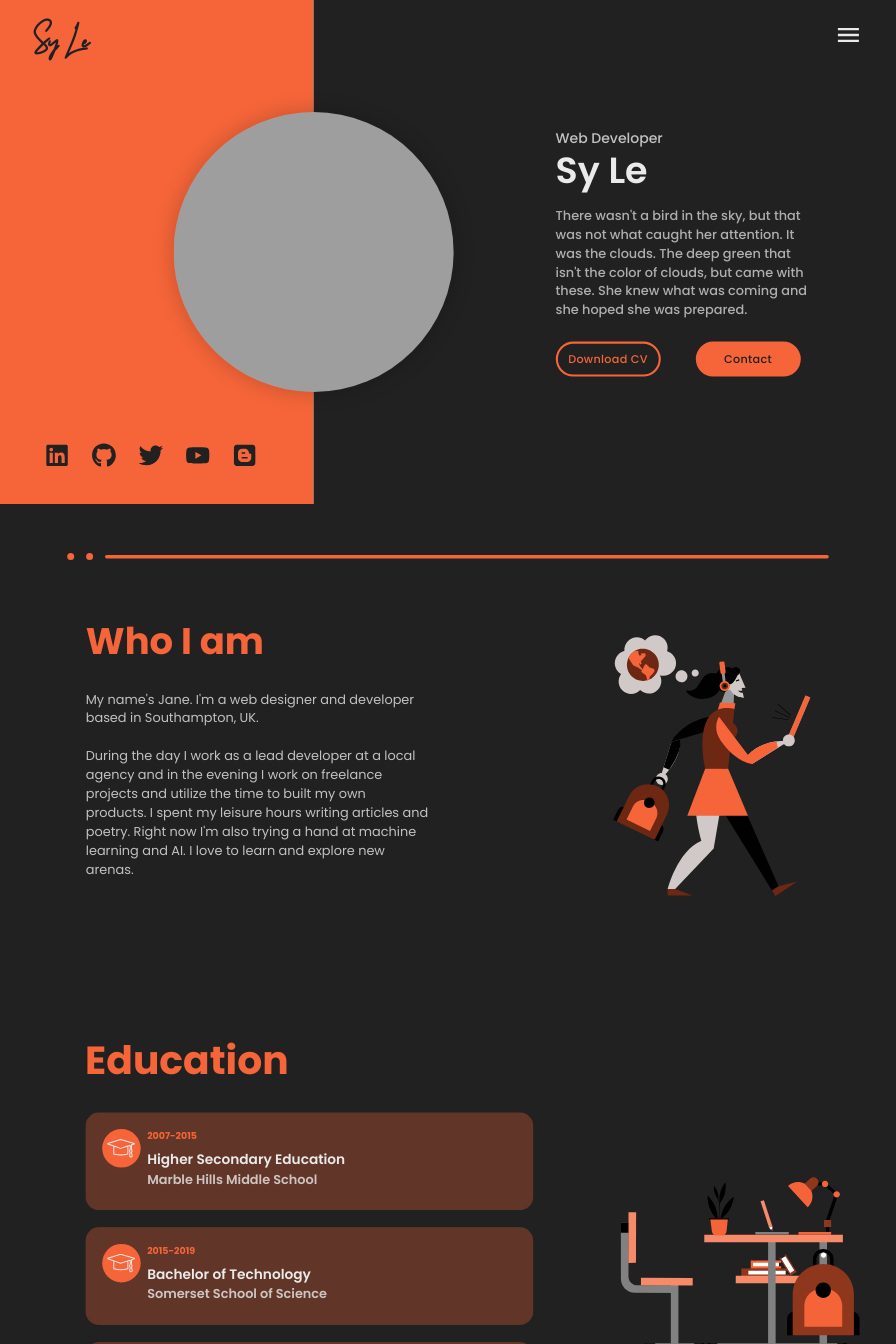
Repository: SyLe-Van/Webite_Subject
Page: / (app in Lab3/Homework/homework4/)
The author's editor kept a copy of each file at every save. The page is drawn from the files as they stood at one save, then again after the next save.
The browser window is 1280 px wide. The pictures show the part of the page from y = 0 to 1920 px (the page is 7857 px tall), at 70% of full size.
Pictures or frames that could not be fetched are drawn as grey boxes. Some web fonts or font styles are not loaded; a fallback is used. The project was rebuilt for these pictures with package versions that can differ from the ones it lists, and the page was loaded fresh each time. Also part of the build but not shown: Lab3/Homework/homework4/src/pages/Blog/BlogPage.css, Lab3/Homework/homework4/src/pages/Blog/BlogPage.js, Lab3/Homework/homework4/src/pages/Project/ProjectPage.css, Lab3/Homework/homework4/src/pages/Project/ProjectPage.js. Imported but missing from the stored project, and not drawn on this page: Lab3/Homework/homework4/src/assets/pdf/resume.pdf.

Above is the page before, as saved 2023-12-01 15:50:51.

After the next save:
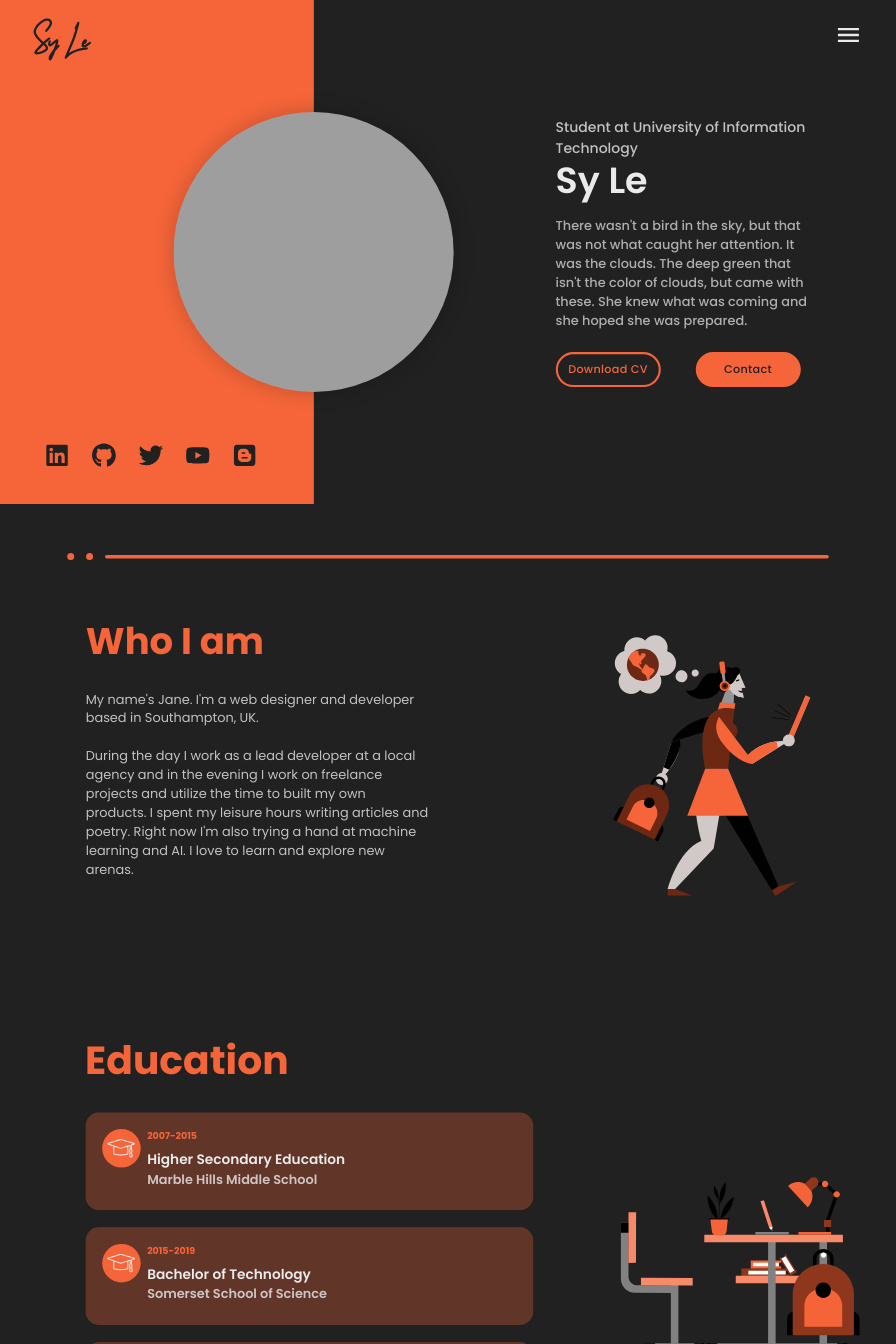
Saved 80 s later.
--- a/Lab3/Homework/homework4/src/data/headerData.js
+++ b/Lab3/Homework/homework4/src/data/headerData.js
@@ -2,7 +2,7 @@
 
 export const headerData = {
     name: 'Sy Le',
-    title: "Web Developer",
+    title: "Student at University of Information Technology",
     desciption:"There wasn't a bird in the sky, but that was not what caught her attention. It was the clouds. The deep green that isn't the color of clouds, but came with these. She knew what was coming and she hoped she was prepared. ",
     image: 'https://scontent.fsgn8-4.fna.fbcdn.net/v/t39.30808-6/393003204_1514111392683548_4206460713441802419_n.jpg?stp=cp6_dst-jpg&_nc_cat=111&ccb=1-7&_nc_sid=efb6e6&_nc_ohc=YJzZ463xKZoAX_2j_bZ&_nc_ht=scontent.fsgn8-4.fna&cb_e2o_trans=q&oh=00_AfBAGLpM-4CJYqOTEaPe1CessNQ2AG8Z8AIgSRpNBk_V7g&oe=656F3A08',
     resumePdf: resume

After the save that followed:
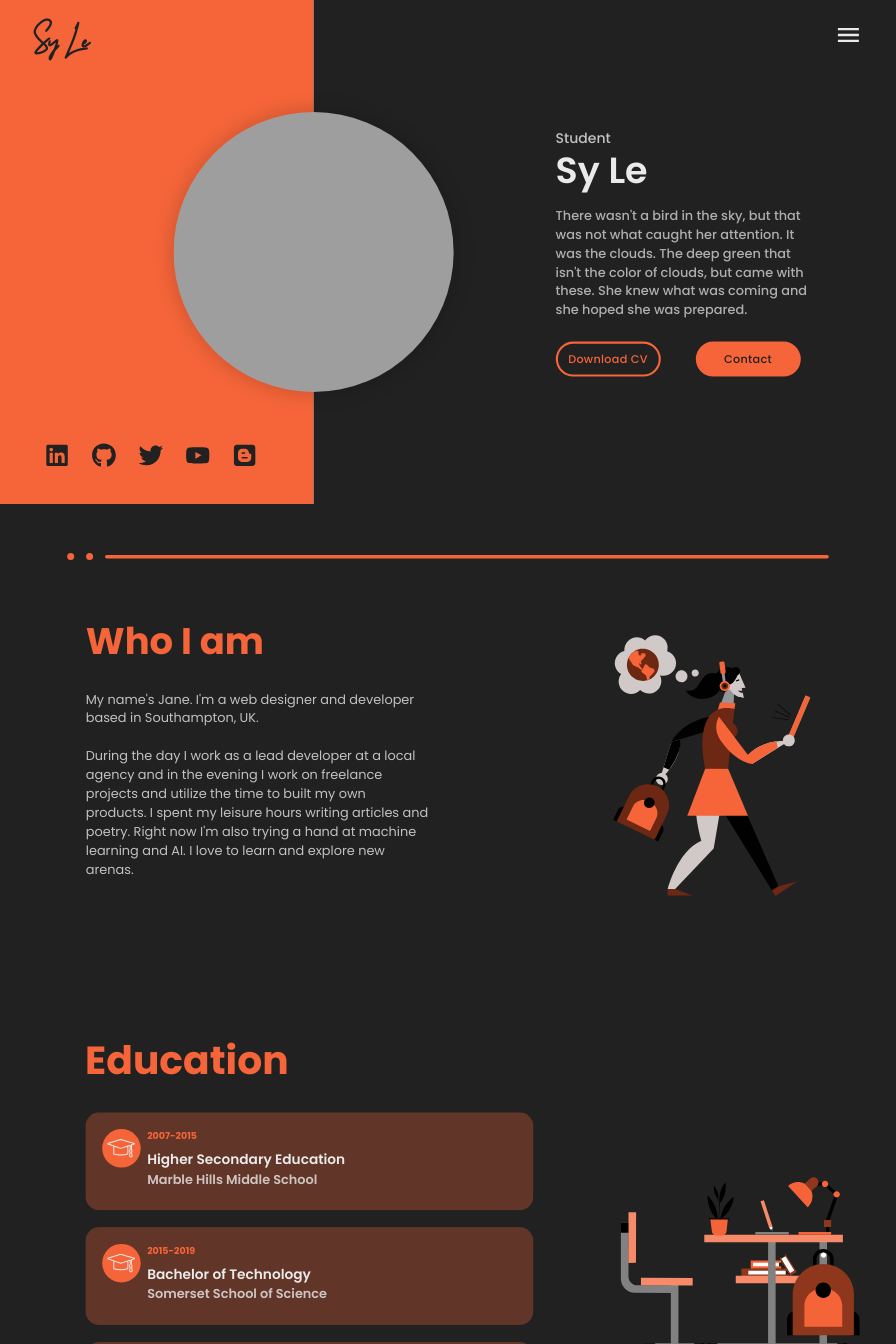
Saved 8 s later.
--- a/Lab3/Homework/homework4/src/data/headerData.js
+++ b/Lab3/Homework/homework4/src/data/headerData.js
@@ -2,7 +2,7 @@
 
 export const headerData = {
     name: 'Sy Le',
-    title: "Student at University of Information Technology",
+    title: "Student",
     desciption:"There wasn't a bird in the sky, but that was not what caught her attention. It was the clouds. The deep green that isn't the color of clouds, but came with these. She knew what was coming and she hoped she was prepared. ",
     image: 'https://scontent.fsgn8-4.fna.fbcdn.net/v/t39.30808-6/393003204_1514111392683548_4206460713441802419_n.jpg?stp=cp6_dst-jpg&_nc_cat=111&ccb=1-7&_nc_sid=efb6e6&_nc_ohc=YJzZ463xKZoAX_2j_bZ&_nc_ht=scontent.fsgn8-4.fna&cb_e2o_trans=q&oh=00_AfBAGLpM-4CJYqOTEaPe1CessNQ2AG8Z8AIgSRpNBk_V7g&oe=656F3A08',
     resumePdf: resume
